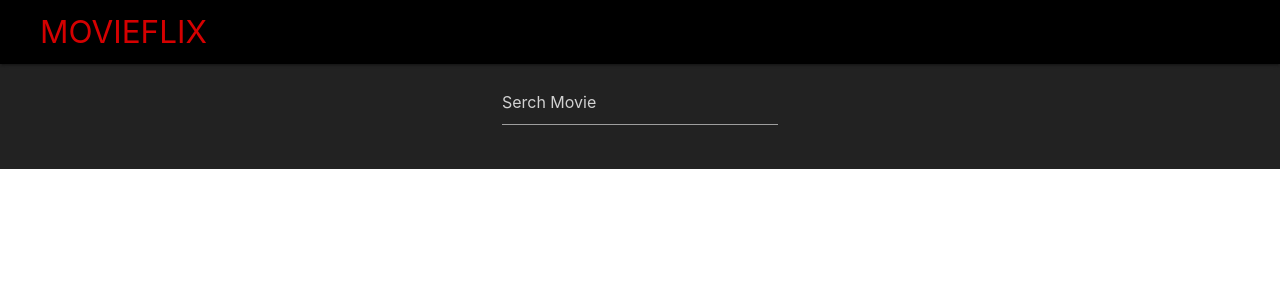
Repository: Reiya-1003/React-Ts-Node-App
Page: /
The author's editor kept a copy of each file at every save. The page is drawn from the files as they stood at one save, then again after the next save.
The browser window is 1280 px wide. The pictures show the whole page.
The page's requests for data from a server got no answer. The project was rebuilt for these pictures with package versions that can differ from the ones it lists, and the page was loaded fresh each time. A package was used in the major version that the imports need, not the one package.json lists. No one was signed in, and anything a server would have sent is missing. Also part of the build but not shown: src/Styles.module.css, src/components/Detail.tsx.

Above is the page before, as saved 2021-11-18 11:49:23.

### public/index.html
<!DOCTYPE html>
<html lang="en">
  <head>
    <meta charset="utf-8" />
    <link rel="icon" href="%PUBLIC_URL%/favicon.ico" />
    <meta name="viewport" content="width=device-width, initial-scale=1" />
    <meta name="theme-color" content="#000000" />
    <meta
      name="description"
      content="Web site created using create-react-app"
    />
    <link rel="apple-touch-icon" href="%PUBLIC_URL%/logo192.png" />
    <!--
      manifest.json provides metadata used when your web app is installed on a
      user's mobile device or desktop. See https://developers.google.com/web/fundamentals/web-app-manifest/
    -->
    <link rel="manifest" href="%PUBLIC_URL%/manifest.json" />
    <link
      rel="stylesheet"
      href="https://cdnjs.cloudflare.com/ajax/libs/materialize/1.0.0/css/materialize.min.css"
    />
    <!--
      Notice the use of %PUBLIC_URL% in the tags above.
      It will be replaced with the URL of the `public` folder during the build.
      Only files inside the `public` folder can be referenced from the HTML.

      Unlike "/favicon.ico" or "favicon.ico", "%PUBLIC_URL%/favicon.ico" will
      work correctly both with client-side routing and a non-root public URL.
      Learn how to configure a non-root public URL by running `npm run build`.
    -->
    <title>React App</title>
  </head>
  <body>
    <noscript>You need to enable JavaScript to run this app.</noscript>
    <div id="root"></div>
    <!--
      This HTML file is a template.
      If you open it directly in the browser, you will see an empty page.

      You can add webfonts, meta tags, or analytics to this file.
      The build step will place the bundled scripts into the <body> tag.

      To begin the development, run `npm start` or `yarn start`.
      To create a production bundle, use `npm run build` or `yarn build`.
    -->
  </body>
</html>

### src/index.tsx
import React from "react";
import ReactDOM from "react-dom";

import App from "./components/App";

import reportWebVitals from "./reportWebVitals";

interface Props {
  sum: number;
  per: number;
  onChange: (e: { page: number }) => void;
}

ReactDOM.render(
  <React.StrictMode>
    <App />
  </React.StrictMode>,
  document.getElementById("root")
);

// If you want to start measuring performance in your app, pass a function
// to log results (for example: reportWebVitals(console.log))
// or send to an analytics endpoint. Learn more: https://bit.ly/CRA-vitals
reportWebVitals();

### src/components/App.tsx
import React, { createContext, useState } from "react";
import Nav from "./Nav";
import Seathbox from "./Searthbox";
import Detail from "./Detail";
import {
  BrowserRouter as Router,
  Switch,
  Route,
  BrowserRouter,
} from "react-router-dom";

export const MovieContext = createContext<any>([]);
export const SerchContext = createContext<any>("");
export const TotalContext = createContext<any>(0);
export const CurrentContext = createContext<any>(1);

interface Props {
  sum?: number;
  per?: number;
  onChange?: (e: { page: number }) => void;
}

export const App: React.FC<Props> = (props) => {
  const [movies, setMovies] = useState<any>([]);
  const [searchTerm, setSearchterm] = useState<any>("");
  const [totalResulte, setTotal] = useState<any>(0);
  const [currentPage, setCurrent] = useState<any>(1);

  const handlePaginate = (page: number) => {
    fetch(
      `https://api.themoviedb.org/3/search/movie?api_key=78eb03987f34d05d918381d81d8257fe&language=ja-JA&page=1&query=${searchTerm}&page=${page}`
    )
      .then((data) => data.json())
      .then((data) => {
        console.log(data);
        const newResult = data.results;
        const newCurrent = page;
        setMovies(newResult);
        setCurrent(newCurrent);
      });
  };

  return (
    <div className="App" style={{ backgroundColor: "#222222" }}>
      <Router>
        <Nav />
        <Switch>
          <MovieContext.Provider value={movies}>
            <SerchContext.Provider value={searchTerm}>
              <TotalContext.Provider value={totalResulte}>
                <CurrentContext.Provider value={currentPage}>
                  <Route path="/" exact component={Seathbox} />
                  <Route path="/detail/:item_id" exact component={Detail} />
                </CurrentContext.Provider>
              </TotalContext.Provider>
            </SerchContext.Provider>
          </MovieContext.Provider>
        </Switch>
      </Router>
    </div>
  );
};

export default App;

### src/components/Nav.tsx
import React from "react";
import styles from "../Styles.module.css";

const Nav = () => {
  return (
    <nav className="black">
      <span>
        <span
          className=".nav-wrapper container"
          style={{ position: "absolute", left: 40 }}
        >
          <a href="" className="brand-logo">
            <div className="red-text text-accent-4">MOVIEFLIX</div>
          </a>
        </span>
      </span>
    </nav>
  );
};

export default Nav;

### src/components/Searthbox.tsx
import React, { useContext, useState, useEffect } from "react";
import {
  BrowserRouter as Router,
  Route,
  Link,
  Switch,
  useHistory,
  useParams,
} from "react-router-dom";
import {
  MovieContext,
  SerchContext,
  CurrentContext,
  TotalContext,
} from "./App";

import MuiPagination from "@material-ui/lab/Pagination";
import { withStyles } from "@material-ui/core/styles";

const Searthbox = ({ pageContext }: any) => {
  let Movie = useContext(MovieContext); //映画のコンテキスト
  const Search = useContext(SerchContext); //検索ボックス用のコンテキスト
  const [movies, setMovies] = useState<any>({}); //検索したワードの映画の表示に使う
  const [firstList, setFirstList] = useState<any>([]); //最初にアクセスした画面の映画の表示
  const [searchTerm, setSearchterm] = useState<string>(); //検索ワードが入る

  let [pageLinks, setLinks]: any = useState([]); //検索結果の映画のトータルページを数える
  const IMG_PATH = "https://image.tmdb.org/t/p/w1280"; //映画の画像のパスに使う
  const [page, setPage] = useState(1); //ページの個数を保存するその数だけページングを作る

  let newListItem = [];

  useEffect(() => {
    fetch(
      "https://api.themoviedb.org/3/movie/now_playing?api_key=78eb03987f34d05d918381d81d8257fe&language=ja&page=1"
    )
      .then((response) => {
        return response.json();
      })
      .then((firstdata) => {
        //取得したJSONデータの処理
        const newFirstlist = firstdata.results;
        setFirstList(newFirstlist);
        console.log(firstdata.results);
        console.log(firstList);
        Movie.push(newFirstlist);
      })
      .catch((error) => {
        //エラー発生時の処理
        console.log("error");
      });
  }, []); //最初に出てくる映画のリスト（時期によって変わる）

  const handleSubmit = (e: React.FormEvent<HTMLFormElement>) => {
    e.preventDefault();

    fetch(
      `https://api.themoviedb.org/3/search/movie?api_key=78eb03987f34d05d918381d81d8257fe&language=ja-JA&page=1&query=${searchTerm}`
    )
      .then((data) => data.json())
      .then((data) => {
        console.log(data);
        const newResult = data.results;

        setMovies(newResult);

        console.log(movies);
        Movie.shift();
        Movie.push(data.results);
        let newLinks = [];

        for (let i = 0; i < data.total_pages; i++) {
          newLinks.push(i + 1);
        }
        setLinks(newLinks);
        console.log(data.total_pages);
      });
  }; //検索するときのonSbmit

  const handleChange = (e: string | any) => {
    const newSerch = e.target.value;
    setSearchterm(newSerch);
    console.log(searchTerm);
  }; //入力した単語をserchTerm（検索ワード）にセットするonChange

  const handleChangePage = (
    event: React.ChangeEvent<unknown>,
    value: number
  ) => {
    event.preventDefault();
    const newValue = value;
    setPage(newValue);
    console.log(newValue); //リアルタイムでページ番号
    fetch(
      `https://api.themoviedb.org/3/search/movie?api_key=78eb03987f34d05d918381d81d8257fe&language=ja-JA&page=1&query=${searchTerm}&page=${newValue}`
    )
      .then((data) => data.json())
      .then((data) => {
        console.log(data);
        const newResult = data.results;

        Movie.shift();
        Movie.push(newResult);
        console.log(Movie[0]);
      });
  }; //ページ番号ごとの映画を表示するonChange

  return (
    // 検索ボックス
    <div className="container">
      <div className="row">
        <section className="col s4 offset-s4">
          <form action="" onSubmit={handleSubmit}>
            <div className="input-field">
              <input
                placeholder="Serch Movie"
                type="text"
                onChange={handleChange}
                style={{ color: "white" }}
              />
            </div>
          </form>
        </section>
      </div>
      {/* 映画の一覧（２０件分）  */}
      <div className="container">
        <div className="row">
          <div className="col s12">
            {Movie.length === 0
              ? firstList.map((list: any, i: any) => {
                  return (
                    <div className="col s12 m6 l3" key={i}>
                      <div className="card">
                        <div className="card-image waves-effect waves-block waves-light">
                          <Link to={`/detail/${list.id}`}>
                            <img
                              src={IMG_PATH + list.poster_path}
                              alt="card image"
                              style={{ width: "100%", height: 360 }}
                            ></img>
                          </Link>
                        </div>
                      </div>
                    </div>
                  );
                })
              : Movie[0].map((list: any, i: any) => {
                  return (
                    <div className="col s12 m6 l3" key={i}>
                      <div className="card">
                        <div className="card-image waves-effect waves-block waves-light">
                          <Link to={`/detail/${list.id}`}>
                            <img
                              src={IMG_PATH + list.poster_path}
                              alt="card image"
                              style={{ width: "100%", height: 360 }}
                            ></img>
                          </Link>
                        </div>
                      </div>
                    </div>
                  );
                })}
          </div>
        </div>
      </div>
      {/* ページネーション */}
      <div>
        {Movie.length === 0 ? (
          <p></p>
        ) : (
          <div style={{ color: "black" }}>
            <MuiPagination
              count={pageLinks.length}
              page={page}
              variant="outlined"
              color="primary"
              onChange={handleChangePage}
            />
            {/* <p>page：{page}</p> */}
          </div>
        )}
      </div>
    </div>
  );
};

export default Searthbox;

Loaded but not shown: src/reportWebVitals.ts (common file)

After the next save:
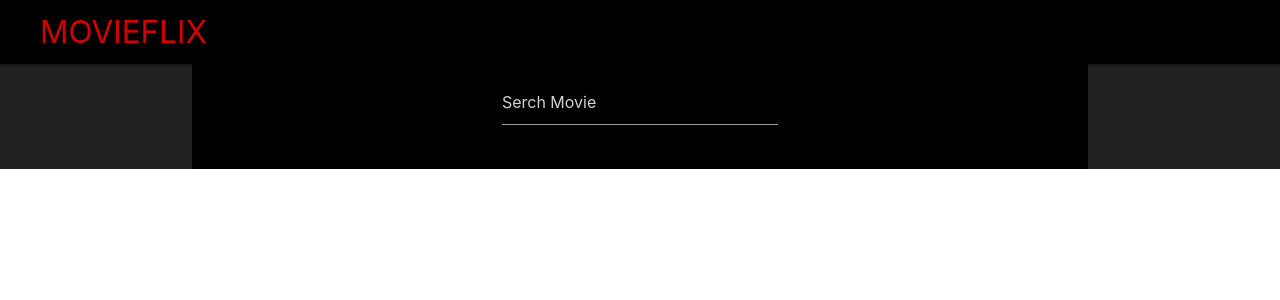
Saved 56 s later.
--- a/src/components/Searthbox.tsx
+++ b/src/components/Searthbox.tsx
@@ -107,7 +107,7 @@
 
   return (
     // 検索ボックス
-    <div className="container">
+    <div className="container  black">
       <div className="row">
         <section className="col s4 offset-s4">
           <form action="" onSubmit={handleSubmit}>
@@ -169,7 +169,7 @@
         {Movie.length === 0 ? (
           <p></p>
         ) : (
-          <div style={{ color: "black" }}>
+          <div>
             <MuiPagination
               count={pageLinks.length}
               page={page}

After the save that followed:
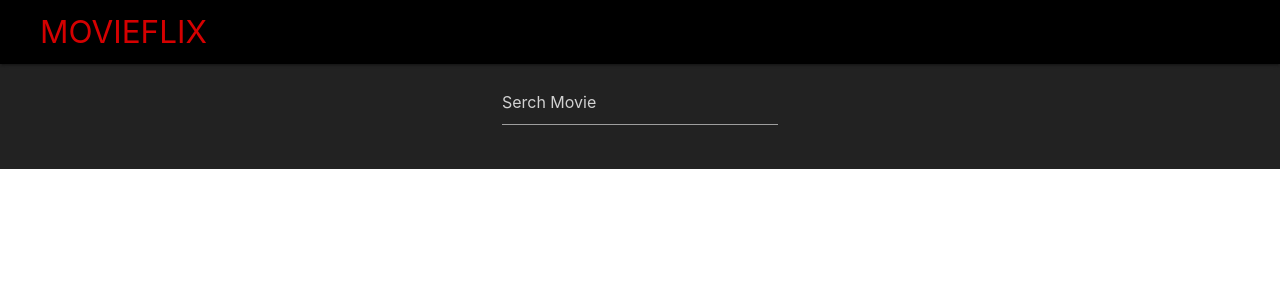
Saved 7 s later.
--- a/src/components/Searthbox.tsx
+++ b/src/components/Searthbox.tsx
@@ -107,7 +107,7 @@
 
   return (
     // 検索ボックス
-    <div className="container  black">
+    <div className="container">
       <div className="row">
         <section className="col s4 offset-s4">
           <form action="" onSubmit={handleSubmit}>
